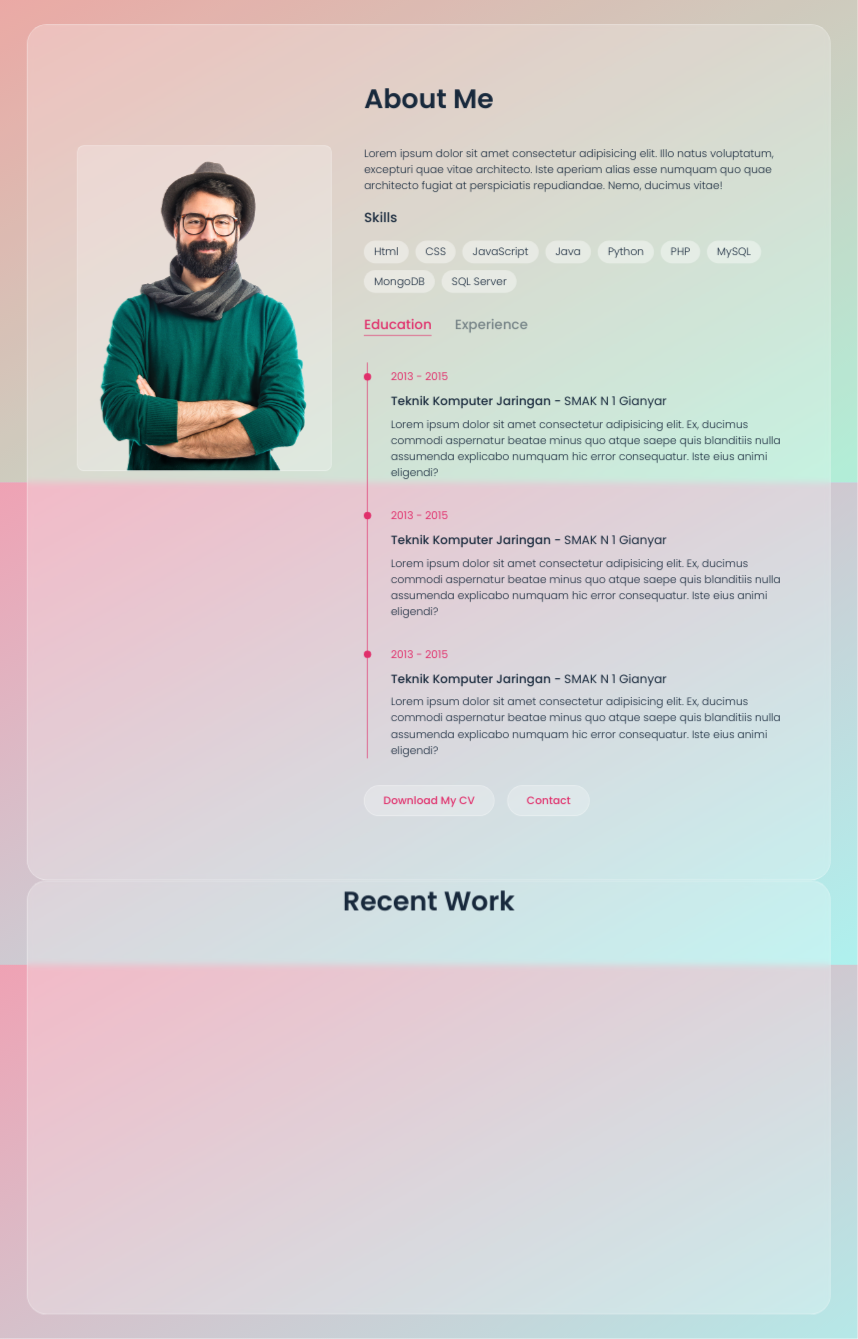
Repository: dewaary/Glassmorp-me
Page: index.html
These files come from the project's save history. The page is drawn as it stood at one moment and after the next save; the edit follows.
The browser window is 1280 px wide. The pictures show the whole page, at 67% of full size.
Backgrounds fixed to the window are drawn as part of the page.

Above is the page before, as saved 2021-05-26 07:27:16.

### index.html
<!DOCTYPE html>
<html lang="en">

<head>
    <meta charset="UTF-8">
    <meta http-equiv="X-UA-Compatible" content="IE=edge">
    <meta name="viewport" content="width=device-width, initial-scale=1.0">
    <link rel="stylesheet" href="style.css">
    <title>Document</title>
</head>

<body>
    <div class="main">
        <section class="home-section align-items-center hidden">
            <div class="container">
                <div class="row align-items-center">
                    <div class="home-text">
                        <p>Hello, I'm</p>
                        <h1>Dewa Ari</h1>
                        <h2>Full-Stack Web Developer</h2>
                        <a href="#" class="btn">more about me</a>
                        <a href="#" class="btn">portfolio</a>
                    </div>
                    <div class="home-img">
                        <div class="img-box">
                            <img src="img/profile-img.png" alt="profile-img">
                        </div>
                    </div>
                </div>
            </div>
        </section>

        <!-- About Section -->
        <section class="about-section sec-padding">
            <div class="container">
                <div class="row">
                    <div class="section-title">
                        <h2>About me</h2>
                    </div>
                </div>
                <div class="row">
                    <div class="about-img">
                        <div class="img-box">
                            <img src="img/about-img.png" alt="About Image">
                        </div>
                    </div>
                    <div class="about-text">
                        <p>Lorem ipsum dolor sit amet consectetur adipisicing elit. Illo natus voluptatum, excepturi
                            quae vitae architecto. Iste aperiam alias esse numquam quo quae architecto fugiat at
                            perspiciatis repudiandae. Nemo, ducimus vitae!</p>
                        <h3>Skills</h3>
                        <div class="skills">
                            <div class="skill-item">Html</div>
                            <div class="skill-item">CSS</div>
                            <div class="skill-item">JavaScript</div>
                            <div class="skill-item">Java</div>
                            <div class="skill-item">Python</div>
                            <div class="skill-item">PHP</div>
                            <div class="skill-item">MySQL</div>
                            <div class="skill-item">MongoDB</div>
                            <div class="skill-item">SQL Server</div>
                        </div>

                        <div class="about-tabs">
                            <button type="button" class="tab-item active" data-target="#education">Education</button>
                            <button type="button" class="tab-item" data-target="#experience">Experience</button>
                        </div>
                        <!-- Education Start -->
                        <div class="tab-content active" id="education">
                            <div class="timeline">
                                <div class="timeline-item">
                                    <span class="date">2013 - 2015</span>
                                    <h4>Teknik Komputer Jaringan - <span>SMAK N 1 Gianyar</span></h4>
                                    <p>Lorem ipsum dolor sit amet consectetur adipisicing elit. Ex, ducimus commodi
                                        aspernatur beatae minus quo atque saepe quis blanditiis nulla assumenda
                                        explicabo numquam hic error consequatur. Iste eius animi eligendi?</p>
                                </div>
                                <div class="timeline-item">
                                    <span class="date">2013 - 2015</span>
                                    <h4>Teknik Komputer Jaringan - <span>SMAK N 1 Gianyar</span></h4>
                                    <p>Lorem ipsum dolor sit amet consectetur adipisicing elit. Ex, ducimus commodi
                                        aspernatur beatae minus quo atque saepe quis blanditiis nulla assumenda
                                        explicabo numquam hic error consequatur. Iste eius animi eligendi?</p>
                                </div>
                                <div class="timeline-item">
                                    <span class="date">2013 - 2015</span>
                                    <h4>Teknik Komputer Jaringan - <span>SMAK N 1 Gianyar</span></h4>
                                    <p>Lorem ipsum dolor sit amet consectetur adipisicing elit. Ex, ducimus commodi
                                        aspernatur beatae minus quo atque saepe quis blanditiis nulla assumenda
                                        explicabo numquam hic error consequatur. Iste eius animi eligendi?</p>
                                </div>
                            </div>
                        </div>
                        <!-- Education End -->


                        <!-- Experince Start -->
                        <div class="tab-content" id="experience">
                            <div class="timeline">
                                <div class="timeline-item">
                                    <span class="date">2013 - 2016</span>
                                    <h4>Web Developer - <span>The Web Shala</span></h4>
                                    <p>Lorem ipsum dolor sit amet consectetur adipisicing elit. Et blanditiis,
                                        voluptates eum quibusdam voluptatibus sed accusamus officia iusto rem, esse
                                        harum ipsum suscipit eos assumenda nulla enim distinctio nostrum tempora!</p>
                                </div>
                                <div class="timeline-item">
                                    <span class="date">2013 - 2016</span>
                                    <h4>Web Developer - <span>The Web Shala</span></h4>
                                    <p>Lorem ipsum dolor sit amet consectetur adipisicing elit. Et blanditiis,
                                        voluptates eum quibusdam voluptatibus sed accusamus officia iusto rem, esse
                                        harum ipsum suscipit eos assumenda nulla enim distinctio nostrum tempora!</p>
                                </div>
                                <div class="timeline-item">
                                    <span class="date">2013 - 2016</span>
                                    <h4>Web Developer - <span>The Web Shala</span></h4>
                                    <p>Lorem ipsum dolor sit amet consectetur adipisicing elit. Et blanditiis,
                                        voluptates eum quibusdam voluptatibus sed accusamus officia iusto rem, esse
                                        harum ipsum suscipit eos assumenda nulla enim distinctio nostrum tempora!</p>
                                </div>

                            </div>
                        </div>

                        <!-- Experience End -->
                        <a href="#" class="btn">Download my CV</a>
                        <a href="#" class="btn">Contact</a>

                    </div>
                </div>
            </div>
        </section>
        <!-- About Section End -->

        <!-- Portfolio Section -->
        <section class="portfolio-section">
            <div class="container">
                <div class="row">
                    <div class="section-title">
                        <h2>recent work</h2>
                    </div>
                </div>
            </div>
        </section>

        <!-- Portfolio Section End -->
    </div>
    <script src="js/script.js"></script>
</body>

</html>

### style.css
/* Fonts */
@import url("https://fonts.googleapis.com/css2?family=Poppins:wght@300;400;500;600;700&display=swap");

/* Variables */

:root {
  --main-color: #e02f6b;
  --blue: #0000ff;
  --blue-dark: #18293c;
  --orange: #ffa500;
  --green-yellow: #cddc39;
  --pink-light: #efa2b4;
  --cyan-light: #aef1ee;
  --white: #ffffff;
  --white-alpha-40: rgba(255, 255, 255, 0.4);
  --white-alpha-25: rgba(255, 255, 255, 0.25);
  --backdrop-filter-blur: blur(5px);
}

* {
  box-sizing: border-box;
  padding: 0;
  margin: 0;
  outline: none;
}

::before,
::after {
  box-sizing: border-box;
}

body {
  min-height: 100vh;
  background-image: linear-gradient(
    to bottom right,
    var(--pink-light),
    var(--cyan-light)
  );
  background-attachment: fixed;
  font-size: 16px;
  font-family: "Poppins", sans-serif;
  font-weight: 300;
  color: var(--blue-dark);
  line-height: 1.5;
  overflow-x: hidden;
  -webkit-tap-highlight-color: transparent;
  padding: 5vh 15px;
}

body::before {
  content: "";
  position: fixed;
  left: 0;
  top: 0;
  height: 100%;
  width: 100%;
  background-color: var(--green-yellow);
  z-index: -1;
  opacity: 0.12;
}

a {
  text-decoration: none;
}

h1,
h2 {
  font-weight: 600;
}

h3,
h4,
h5,
h6 {
  font-weight: 500;
}

img {
  max-width: 100%;
  vertical-align: middle;
}

section {
  background-color: var(--white-alpha-25);
  border: 1px solid var(--white-alpha-40);
  min-height: 90vh;
  border-radius: 30px;
  backdrop-filter: var(--backdrop-filter-blur);
}

.main {
  max-width: 1200px;
  margin: auto;
}

.row {
  display: flex;
  flex-wrap: wrap;
}

.container {
  padding: 0 40px;
  width: 100%;
}

.align-items-center {
  align-items: center;
}

.hidden {
  display: none !important;
}

.sec-padding {
  padding: 80px 0;
}

/* Section Tittle */
.section-title {
  padding: 0 15px;
  width: 100%;
  text-align: center;
  margin-bottom: 40px;
}

.section-title h2 {
  font-size: 40px;
  text-transform: capitalize;
}

/* Custome Scroolbar */

::-webkit-scrollbar {
  width: 5px;
}

::-webkit-scrollbar-track {
  background-color: var(--white);
}

::-webkit-scrollbar-thumb {
  background-color: var(--main-color);
}

/*
Buttons */

button {
  font-family: inherit;
  user-select: none;
}

.btn {
  line-height: 1.5;
  background-color: var(--white-alpha-25);
  border: 1px solid var(--white-alpha-40);
  padding: 10px 28px;
  display: inline-block;
  border-radius: 30px;
  color: var(--main-color);
  font-weight: 500;
  text-transform: capitalize;
  font-family: inherit;
  font-size: 16px;
  cursor: pointer;
  user-select: none;
  position: relative;
  overflow: hidden;
  vertical-align: middle;
  transition: width 0.3s ease;
}

.btn::before {
  content: "";
  position: absolute;
  left: 0;
  top: 0;
  height: 100%;
  width: 0%;
  background-color: var(--main-color);
  z-index: -1;
  transition: width 0.3s ease;
}

.btn:hover::before {
  width: 100%;
}
.btn:hover {
  color: var(--white);
}

/*
Home Section */

.home-section {
  display: flex;
  padding: 120px 0;
}

.home-text,
.home-img {
  width: 50%;
  padding: 15px;
}

.home-text p {
  font-size: 15px;
}

.home-text h2 {
  font-size: 20px;
  text-transform: capitalize;
  font-weight: 300;
  margin: 0 0 30px;
}

.home-text .btn {
  margin: 0 15px 15px 0;
}

.home-text h1 {
  font-size: 50px;
  text-transform: capitalize;
}

.home-img .img-box {
  max-width: 360px;
  background-color: var(--white-alpha-25);
  border-radius: 50%;
  background-color: var(--white-alpha-25);
  margin: auto;
}

.home-img .img-box img {
  width: 100%;
  border-radius: 50%;
}

/* About Section */

.about-img {
  width: 40%;
  padding: 0 15px;
}

.about-text {
  width: 60%;
  padding: 0 15px;
}

.about-img .img-box {
  background-color: var(--white-alpha-25);
  max-width: 380px;
  border: 1px solid var(--white-alpha-40);
  margin: auto;
  border-radius: 10px;
}

.about-img .img-box img {
  width: 100%;
}

.about-text h3 {
  text-transform: capitalize;
  font-size: 20px;
  margin: 20px 0;
}

.about-text .skills {
  display: flex;
  flex-wrap: wrap;
}

.about-text .skill-item {
  background-color: var(--white-alpha-25);
  background-color: var(--white-alpha-40);
  padding: 5px 15px;
  text-transform: capitalize;
  margin: 0 10px 10px 0;
  border-radius: 20px;
}

.about-tabs {
  margin-top: 20px;
}

.about-tabs .tab-item {
  padding: 2px 0;
  background-color: transparent;
  border: none;
  text-transform: capitalize;
  display: inline-block;
  color: var(--blue-dark);
  cursor: pointer;
  font-size: 20px;
  font-weight: 500;
  margin: 0 30px 0 0;
  position: relative;
  opacity: 0.5;
  transition: all 0.3s ease;
}

.about-tabs .tab-item:last-child {
  margin: 0;
}

.about-tabs .tab-item::before {
  content: "";
  position: absolute;
  left: 0;
  bottom: 0;
  width: 0%;
  height: 1px;
  background-color: var(--blue-dark);
  transition: width 0.3s ease;
}

.about-tabs .tab-item:hover::before {
  width: 100%;
}

.about-tabs .tab-item.active::before {
  width: 100%;
  background-color: var(--main-color);
}

.about-tabs .tab-item.active {
  color: var(--main-color);
  opacity: 1;
  cursor: auto;
}

.about-text .timeline{
  position: relative;
}

.about-text .timeline::before{
  content: '';
  position: absolute;
  height: 100%;
  width: 1px;
  top: 0;
  left: 5px;
  background-color: var(--main-color);
}

.about-text .tab-content {
  padding: 40px 0;
  display: none;
}

.about-text .tab-content.active {
  display: block;
}

.about-text .timeline-item {
  margin-bottom: 30px;
  position: relative;
  padding: 10px 0 0 40px;
}

.about-text .timeline-item::before{
  content: '';
  position: absolute;
  height: 11px;
  width: 11px;
  top: 16px;
  left: 0;
  background-color: var(--main-color);
  border-radius: 50%;
}

.about-text .timeline-item:last-child {
  margin-bottom: 0;
}

.about-text .timeline-item .date {
  display: block;
  color: var(--main-color);
  font-weight: 400;
  margin: 0 0 10px;
}
.about-text .timeline-item h4 {
  font-size: 18px;
  text-transform: capitalize;
  margin: 0 0 10px;
}
.about-text .timeline-item h4 span {
  font-weight: 400;
}

.about-text .btn{
  margin: 0 15px 15px 0;
}

### js/script.js

/* ---------- About Tabs --------- */

const tabsContainer = document.querySelector(".about-tabs"),
aboutSection = document.querySelector(".about-section");

tabsContainer.addEventListener("click", (e) => {
    if(e.target.classList.contains("tab-item") && !e.target.classList.contains("active")){
        tabsContainer.querySelector(".active").classList.remove("active");
        e.target.classList.add("active");
        const target = e.target.getAttribute("data-target");
        aboutSection.querySelector(".tab-content.active").classList.remove("active");
        aboutSection.querySelector(target).classList.add("active");
    }
});

After the next save:
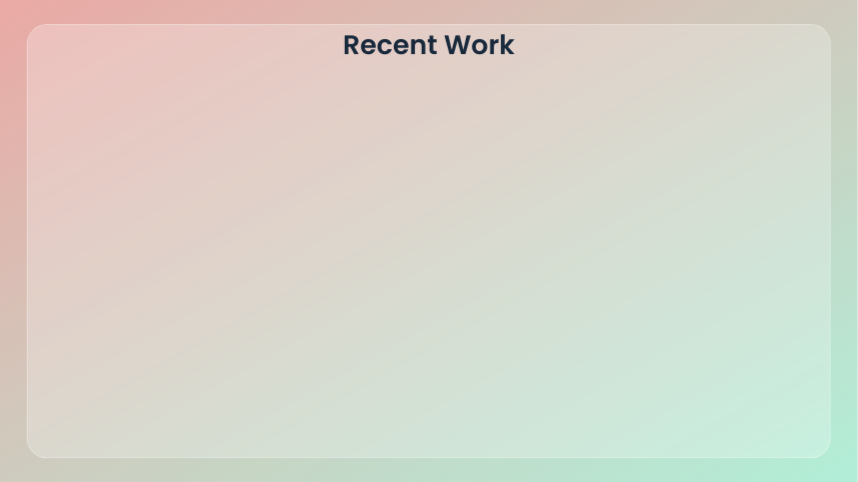
Saved 39 s later.
--- a/index.html
+++ b/index.html
@@ -30,8 +30,8 @@
             </div>
         </section>
 
-        <!-- About Section -->
-        <section class="about-section sec-padding">
+        <!-- About Section Start-->
+        <section class="about-section sec-padding hidden">
             <div class="container">
                 <div class="row">
                     <div class="section-title">
